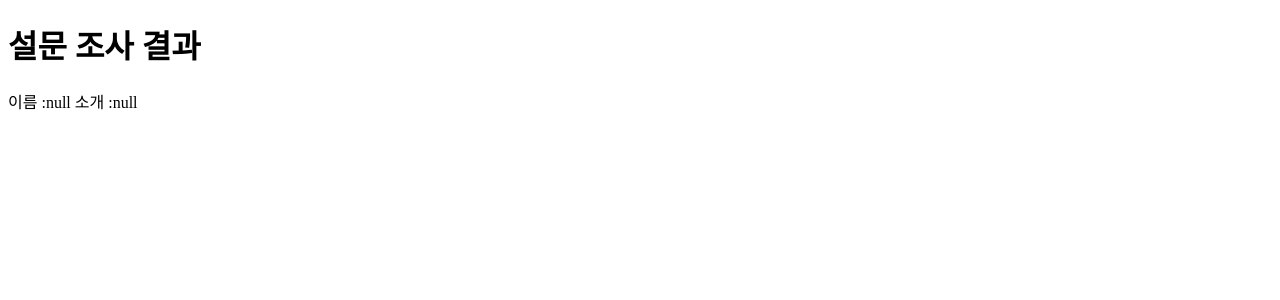
Repository: KimJaeHwan98/tomcat01
Page: http://localhost/3_req_res/quiz/ex01_result.jsp
The author's editor kept a copy of each file at every save. The page is drawn from the files as they stood at one save, then again after the next save.
The browser window is 1280 px wide. The pictures show the whole page.
The page is served by Tomcat 9.

Above is the page before, as saved 2024-04-29 06:13:36.

### 3_req_res/src/main/webapp/quiz/ex01_result.jsp
<%@ page language="java" contentType="text/html; charset=UTF-8"
    pageEncoding="UTF-8"%>
<!DOCTYPE html>
<html>
<head>
<meta charset="UTF-8">
<title>Insert title here</title>
</head>
<body>
<h1>설문 조사 결과</h1>
이름 :<%=request.getParameter("a1") %>
소개 :<%=request.getParameter("a2") %>
</body>
</html>

After the next save:
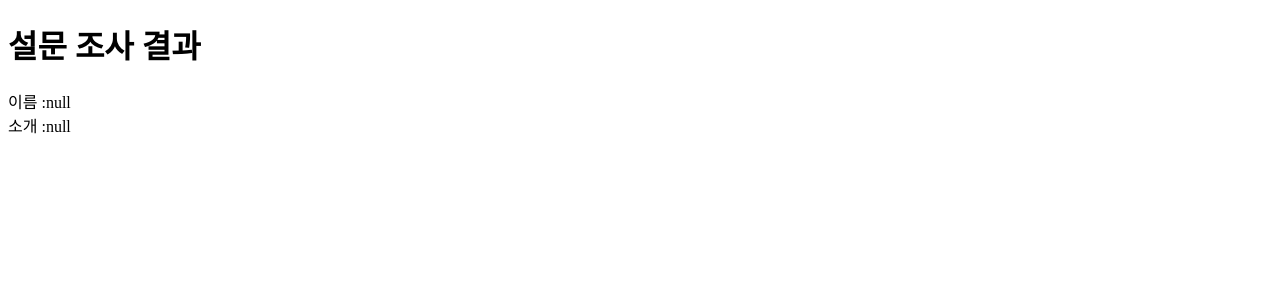
Saved 5 min 57 s later.
--- a/3_req_res/src/main/webapp/quiz/ex01_result.jsp
+++ b/3_req_res/src/main/webapp/quiz/ex01_result.jsp
@@ -8,7 +8,7 @@
 </head>
 <body>
 <h1>설문 조사 결과</h1>
-이름 :<%=request.getParameter("a1") %>
-소개 :<%=request.getParameter("a2") %>
+이름 :<%=request.getParameter("a1") %><br>
+소개 :<%=request.getParameter("a2") %><br>
 </body>
 </html>
